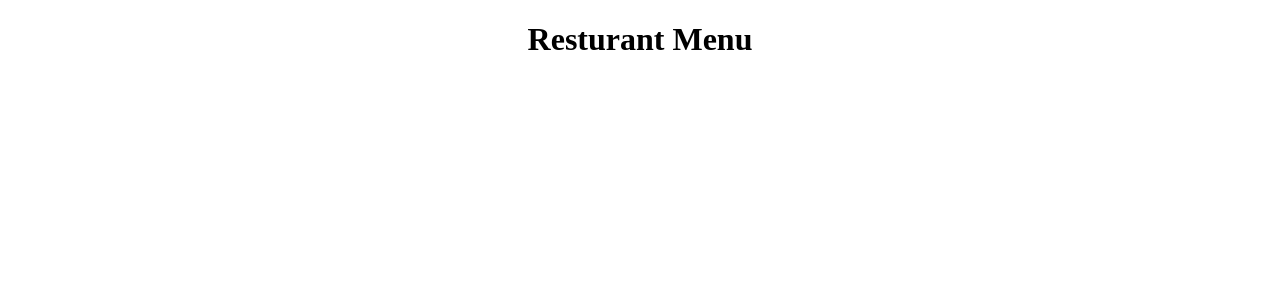
Repository: NarendraKumar-2259/ResturantManagementSystem
Page: http://localhost/Guntur_Karam/menu.jsp
These files come from the project's save history. The page is drawn as it stood at one moment and after the next save; the edit follows.
The browser window is 1280 px wide. The pictures show the whole page.
The page is served by Tomcat 9.

Above is the page before, as saved 2024-09-27 12:43:54.

After the next save:
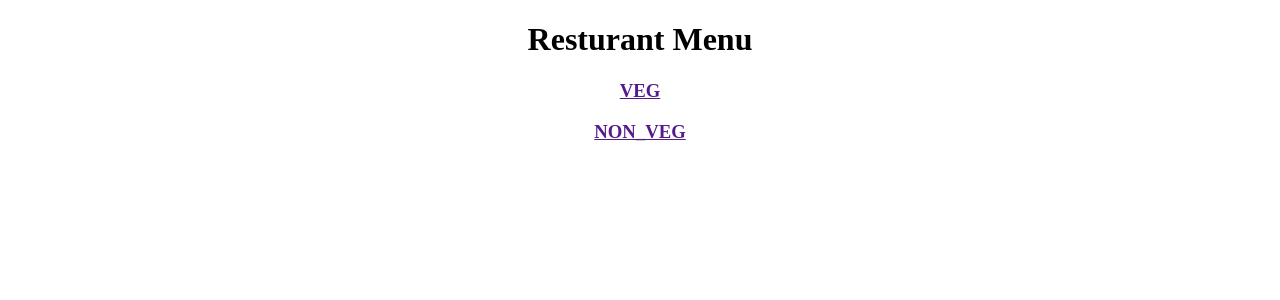
Saved 75 s later.
--- a/Guntur Karam/src/main/webapp/menu.jsp
+++ b/Guntur Karam/src/main/webapp/menu.jsp
@@ -9,6 +9,8 @@
 <body>
 	<center>
 		<h1>Resturant Menu</h1>
+		<h3><a href="">VEG</a></h3>
+		<h3><a href="">NON_VEG</a></h3>
 	</center>
 </body>
 </html>
